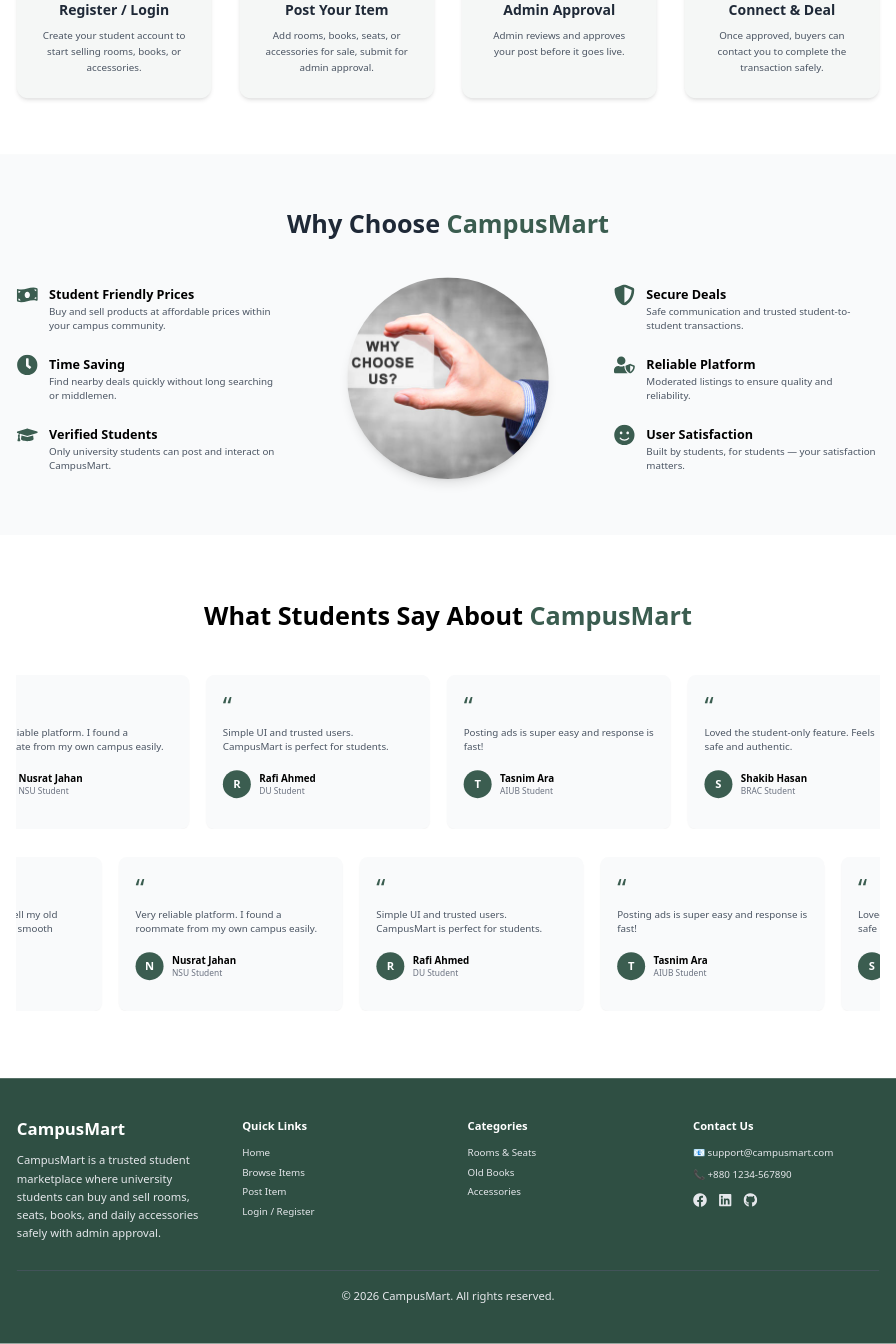
Repository: jahidhasanri/CAMPUSMART
Page: /
The author's editor kept a copy of each file at every save. The page is drawn from the files as they stood at one save, then again after the next save.
The browser window is 1280 px wide. The pictures show the part of the page from y = 2285 to 4205 px (the page is 4205 px tall before and 4197 px after), at 70% of full size.
The project was rebuilt for these pictures with package versions that can differ from the ones it lists, and the page was loaded fresh each time. Also part of the build but not shown: vite.config.js, src/Pages/Login.jsx, src/Pages/Register.jsx, src/Pages/Posts.jsx.

Above is the page before, as saved 2026-01-19 00:14:56.

After the next save:
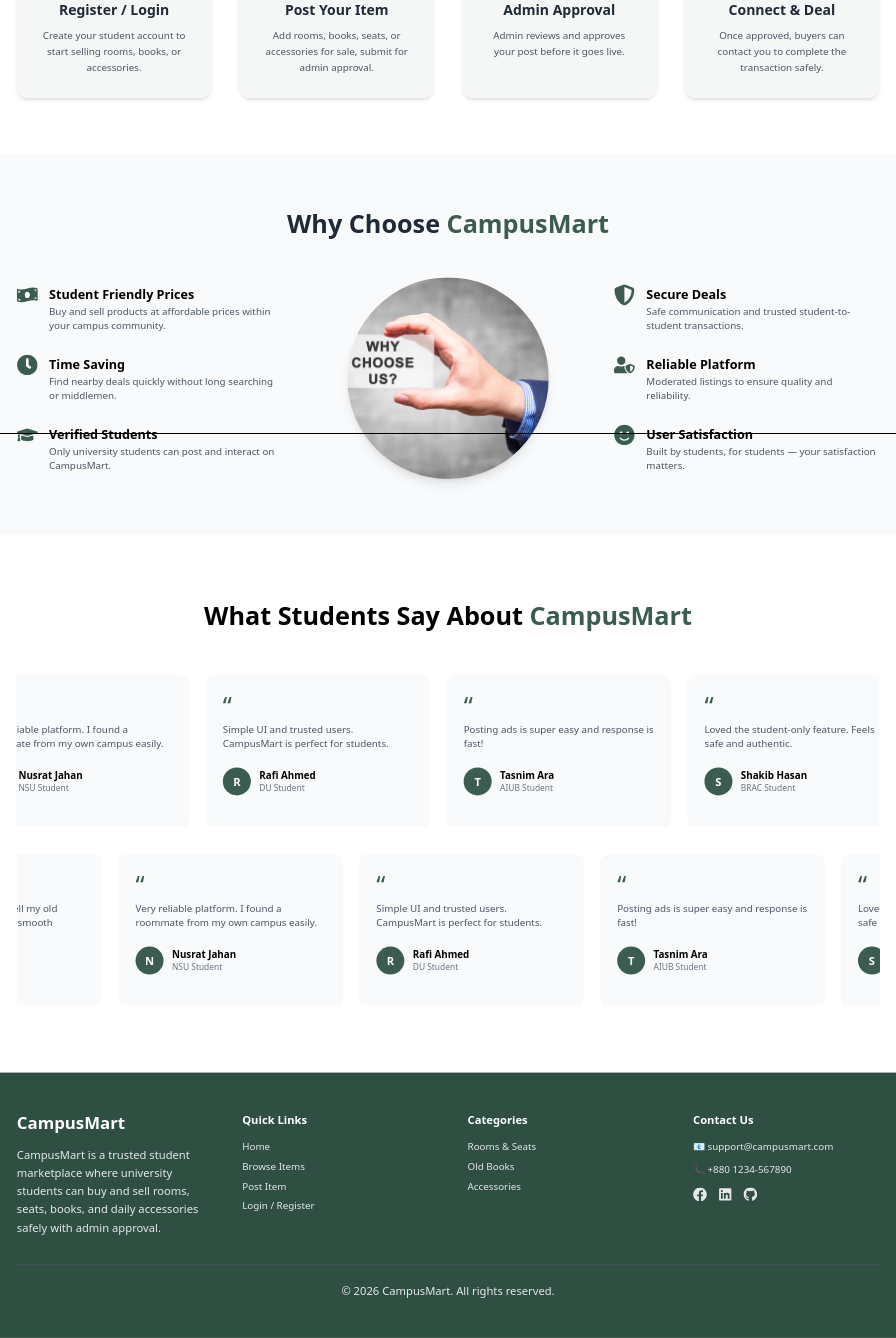
Saved 6 s later.
--- a/src/components/Testimonials.jsx
+++ b/src/components/Testimonials.jsx
@@ -62,7 +62,7 @@ const Testimonials = () => {
 const TestimonialCard = ({ name, role, text }) => {
   return (
     <div className="min-w-[320px] max-w-[320px] bg-gray-50 rounded-xl p-6 shadow-sm">
-      <p className="text-4xl text-[#3b5d50] mb-2">“</p>
+      <p className="text-4xl text-[#3b5d50] mb-1">“</p>
       <p className="text-gray-600 text-sm mb-6">{text}</p>
 
       <div className="flex items-center gap-3">
